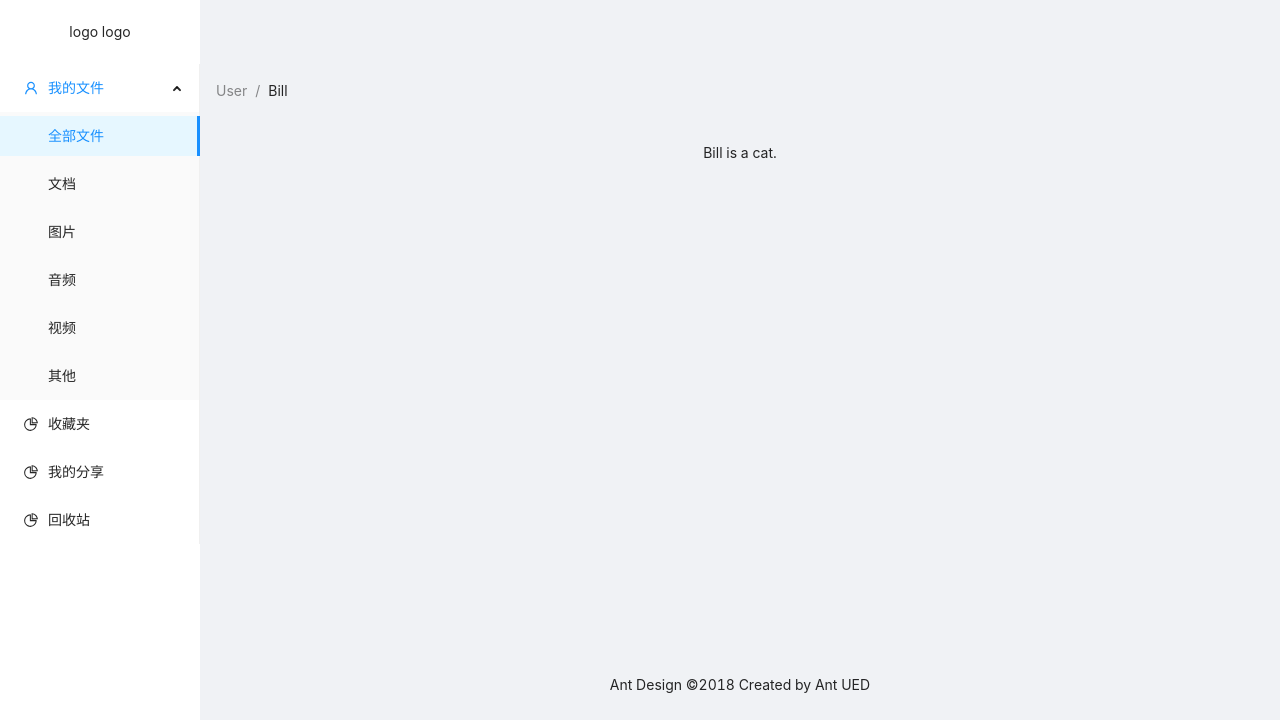
Repository: xstnet/starfire-cloud-fe
Page: /
These files come from the project's save history. The page is drawn as it stood at one moment and after the next save; the edit follows.
The browser window is 1280 px wide. The pictures show the whole page.
The project was rebuilt for these pictures with package versions that can differ from the ones it lists, and the page was loaded fresh each time.

Above is the page before, as saved 2021-09-12 17:01:31.

### src/index.js
import React from 'react';
import ReactDOM from 'react-dom';
import './index.css';
import App from './App';
import reportWebVitals from './reportWebVitals';

// ReactDOM.render(
//   <React.StrictMode>
//     <App />
//   </React.StrictMode>,
//   document.getElementById('root')
// );

ReactDOM.render(
  <App />,
  document.getElementById('root')
);

// If you want to start measuring performance in your app, pass a function
// to log results (for example: reportWebVitals(console.log))
// or send to an analytics endpoint. Learn more: https://bit.ly/CRA-vitals
reportWebVitals();

### src/App.js
import React from 'react';
// import { Button } from 'antd';
import './App.css';
import MainLayout from './page/layout/main'

const App = () => (
  <div className="App">
    <MainLayout></MainLayout>
  </div>
);

export default App;

### src/page/layout/main.jsx
import React from 'react';
import { Layout, Menu, Breadcrumb } from 'antd';
import {
  PieChartOutlined,
  UserOutlined,
} from '@ant-design/icons';
import './main.css';

const { Header, Content, Footer, Sider } = Layout;
const { SubMenu } = Menu;

class MainLayout extends React.Component {
  state = {
    collapsed: false,
  };


  render() {
    const { collapsed } = this.state;
    return (
      <Layout style={{ minHeight: '100vh' }}>
        <Sider theme="light" >
          <div className="logo">
              logo logo
          </div>
          <Menu defaultSelectedKeys={['all']} defaultOpenKeys={["my-file"]} mode="inline">
            <SubMenu key="my-file" icon={<UserOutlined />} title="我的文件">
              <Menu.Item key="all">全部文件</Menu.Item>
              <Menu.Item key="doc">文档</Menu.Item>
              <Menu.Item key="imgage">图片</Menu.Item>
              <Menu.Item key="audio">音频</Menu.Item>
              <Menu.Item key="video">视频</Menu.Item>
              <Menu.Item key="other">其他</Menu.Item>
            </SubMenu>
            <Menu.Item key="favorite" icon={<PieChartOutlined />}>
              收藏夹
            </Menu.Item>
            <Menu.Item key="share" icon={<PieChartOutlined />}>
              我的分享
            </Menu.Item>
            <Menu.Item key="recycle" icon={<PieChartOutlined />}>
              回收站
            </Menu.Item>
          </Menu>
        </Sider>
        <Layout className="site-layout">
          <Header className="header"/>
          <Content style={{ margin: '0 16px' }}>
            <Breadcrumb style={{ margin: '16px 0' }}>
              <Breadcrumb.Item>User</Breadcrumb.Item>
              <Breadcrumb.Item>Bill</Breadcrumb.Item>
            </Breadcrumb>
            <div className="site-layout-background" style={{ padding: 24, minHeight: 360 }}>
              Bill is a cat.
            </div>
          </Content>
          <Footer style={{ textAlign: 'center' }}>Ant Design ©2018 Created by Ant UED</Footer>
        </Layout>
      </Layout>
    );
  }
}

export default MainLayout;

### src/page/layout/main.css
 .logo {
    height: 64px;
    line-height: 64px;
    text-align: center;
  }

  .header {
    background: #f0f2f5;
    padding: 0;
  }

Loaded but not shown: public/index.html (common file); src/index.css (common file); src/reportWebVitals.js (common file); src/App.css (common file)

After the next save:
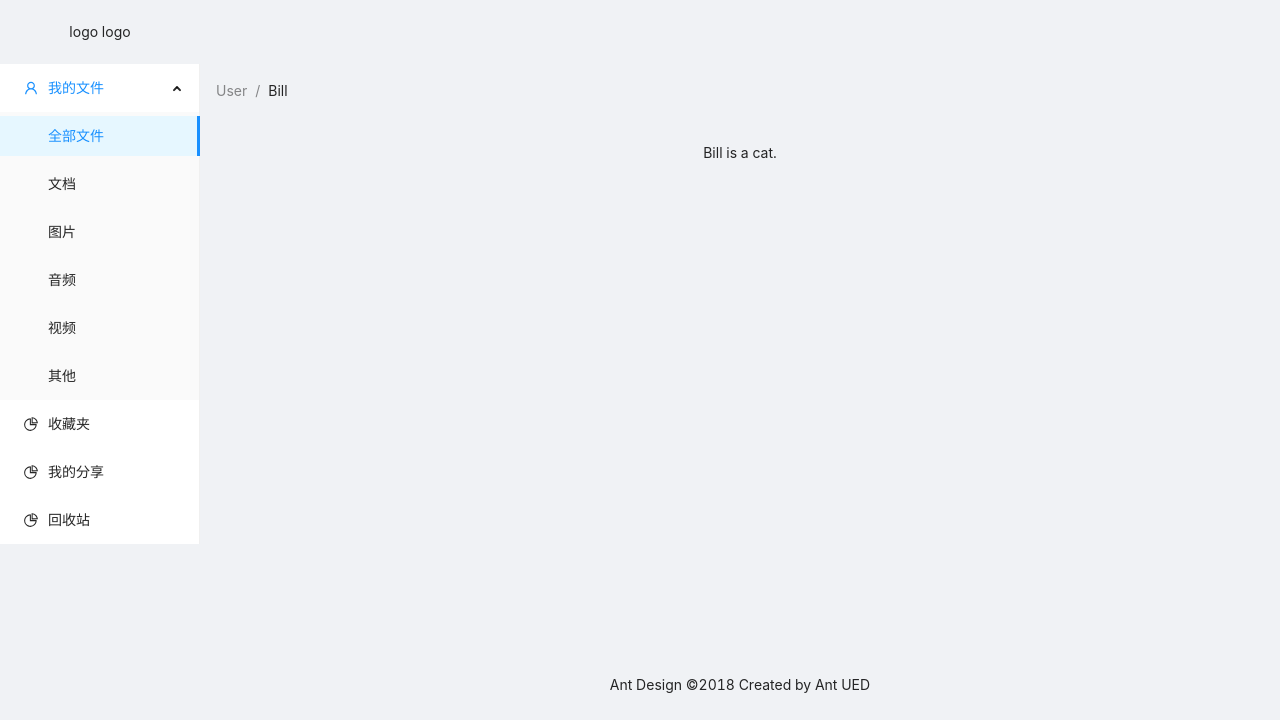
Saved 61 s later.
--- a/src/page/layout/main.jsx
+++ b/src/page/layout/main.jsx
@@ -19,7 +19,7 @@
     const { collapsed } = this.state;
     return (
       <Layout style={{ minHeight: '100vh' }}>
-        <Sider theme="light" >
+        <Sider theme="light" style={{backgroundColor:"#f0f2f5"}} >
           <div className="logo">
               logo logo
           </div>

After the save that followed:
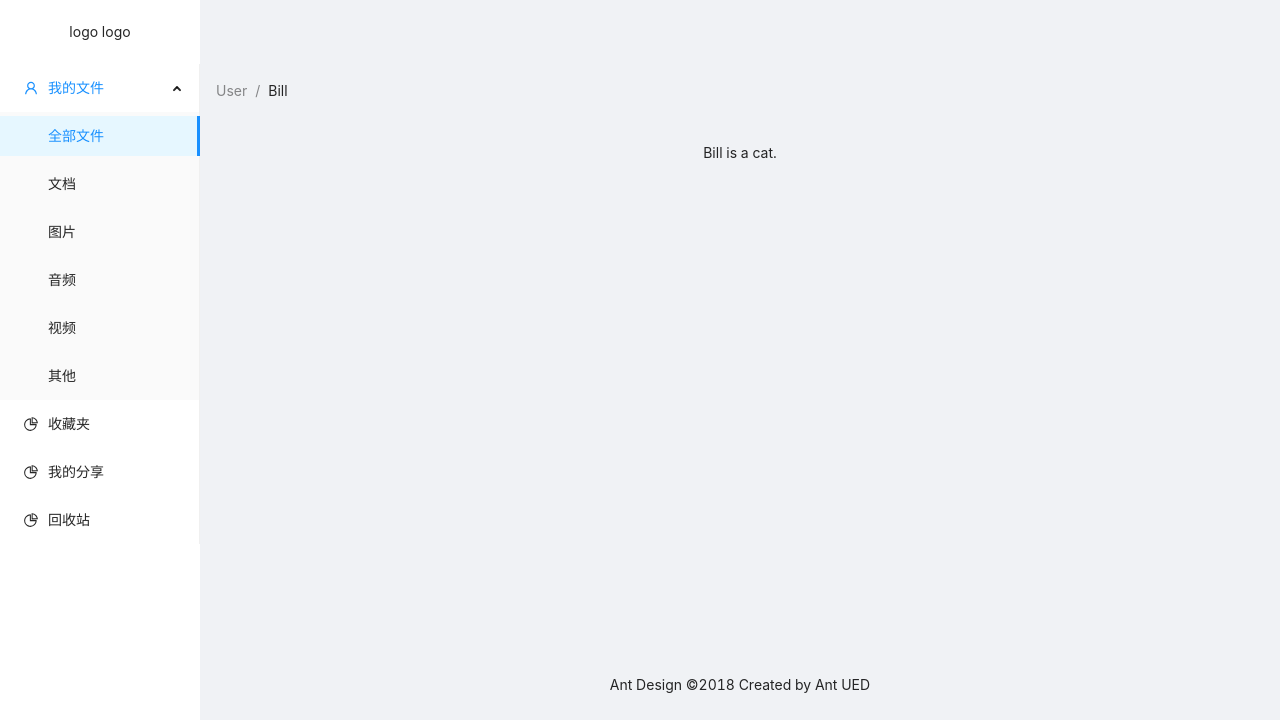
Saved 15 s later.
--- a/src/page/layout/main.jsx
+++ b/src/page/layout/main.jsx
@@ -19,7 +19,7 @@
     const { collapsed } = this.state;
     return (
       <Layout style={{ minHeight: '100vh' }}>
-        <Sider theme="light" style={{backgroundColor:"#f0f2f5"}} >
+        <Sider theme="light" style={{backgroundColor:"#f0f2f5 !import"}} >
           <div className="logo">
               logo logo
           </div>
